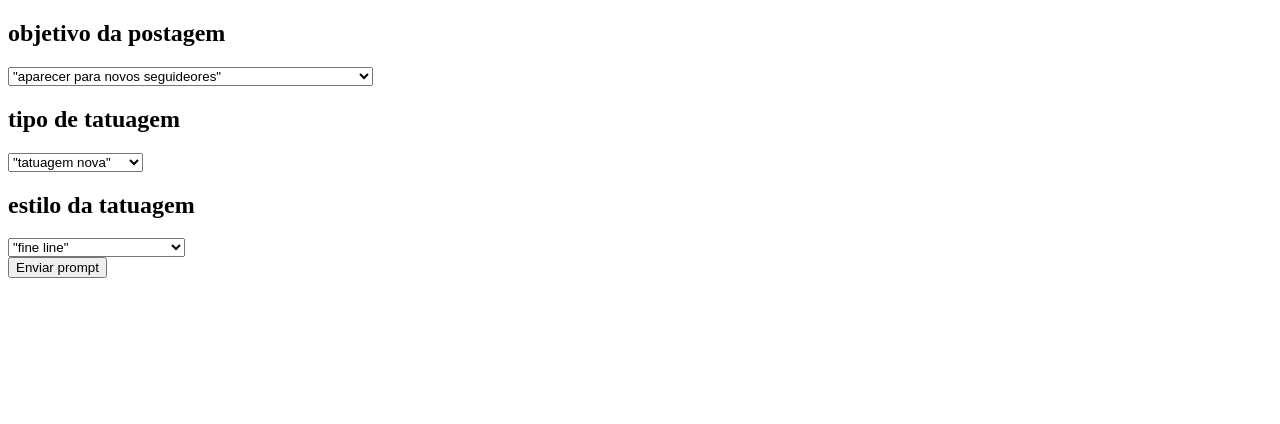
Repository: Ubiratandev/ink_api
Page: ink_IA/ink_ia.html
These files come from the project's save history. The page is drawn as it stood at one moment and after the next save; the edit follows.
The browser window is 1280 px wide. The pictures show the whole page.

Above is the page before, as saved 2026-03-23 22:43:00.

After the next save:
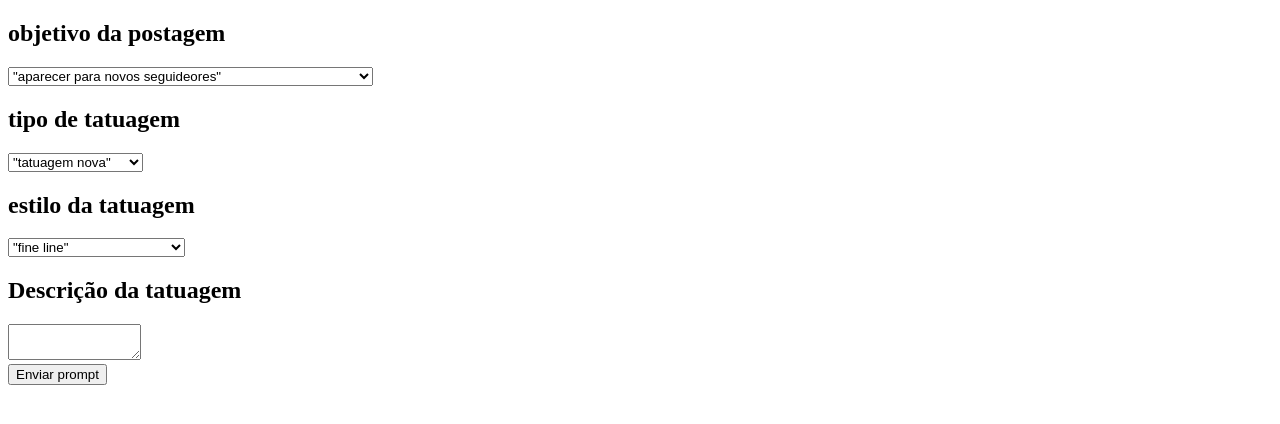
Saved 2 min 44 s later.
--- a/ink_IA/ink_ia.html
+++ b/ink_IA/ink_ia.html
@@ -60,6 +60,15 @@
    </script>
    </div>
 
+
+   <div>
+    <h2>Descrição da tatuagem</h2>
+     <form>
+        <textarea row = 3 cols = 14 label ="adicione a descrição da sua tatuagem"></textarea>
+     </form>
+   </div>
+
+
    <div>
    <button value = "enviar" onclick = {enviarPrompt()}>Enviar prompt</button>
    <script>
